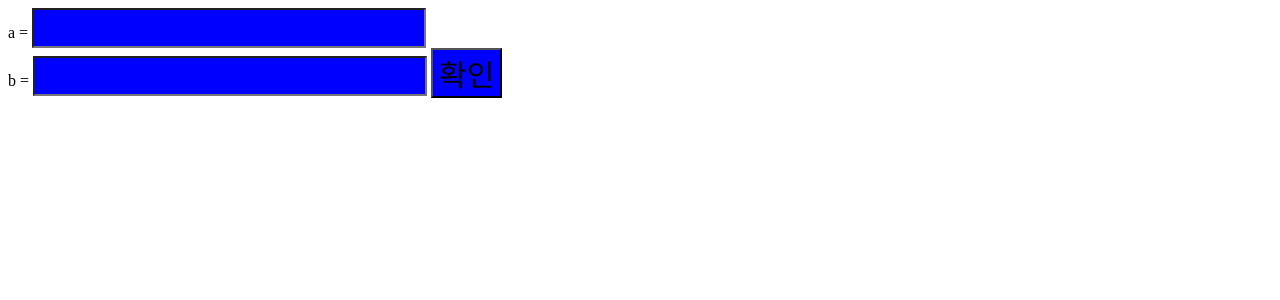
Repository: zero1128/20201113
Page: http://localhost/20201103/b.jsp
The author's editor kept a copy of each file at every save. The page is drawn from the files as they stood at one save, then again after the next save.
The browser window is 1280 px wide. The pictures show the whole page.
The page is served by Tomcat 9. Other server files are loaded and not shown.

Above is the page before, as saved 2020-11-03 02:35:13.

### 20201103/WebContent/b.jsp
<%@ page language="java" contentType="text/html; charset=UTF-8"
    pageEncoding="UTF-8"%>
<!DOCTYPE html>
<html>
<head>
<meta charset="UTF-8">
<title>Insert title here</title>
<style type="text/css">
	input {
		font-size: 30px;
		background-color: blue;
	}
</style>
</head>
<body>
	<form action="BMove" method="get">
		a = <input type="text" name="a"/><br/>
		b = <input type="text" name="b"/>
		<input type="submit" value="확인"/>
	</form>
</body>
</html>

After the next save:
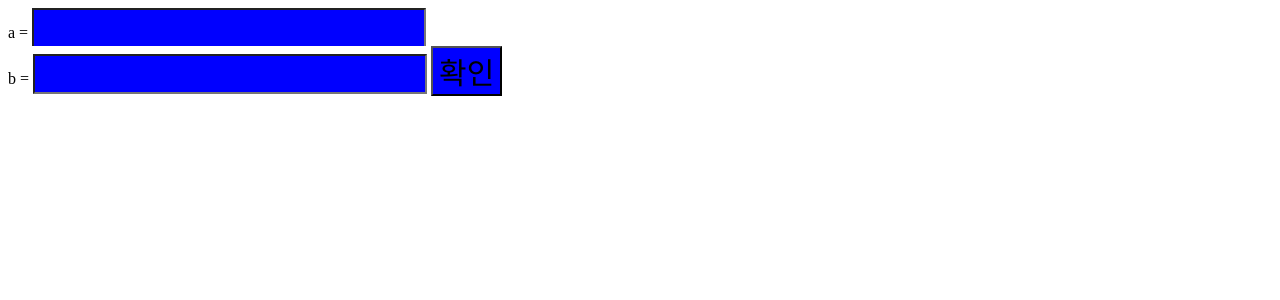
Saved 105 s later.
--- a/20201103/WebContent/b.jsp
+++ b/20201103/WebContent/b.jsp
@@ -10,11 +10,14 @@
 		font-size: 30px;
 		background-color: blue;
 	}
+	#aa{
+		border-bottom: 20px;
+	}
 </style>
 </head>
 <body>
 	<form action="BMove" method="get">
-		a = <input type="text" name="a"/><br/>
+		a = <input type="text" name="a" id="aa"/><br/>
 		b = <input type="text" name="b"/>
 		<input type="submit" value="확인"/>
 	</form>
